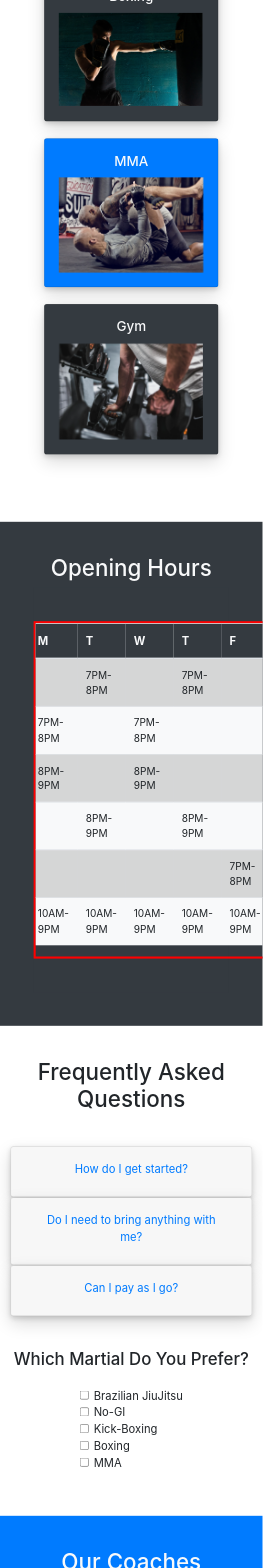
Repository: IonPara/Just-Fight
Page: index.html
The author's editor kept a copy of each file at every save. The page is drawn from the files as they stood at one save, then again after the next save.
The browser window is 375 px wide. The pictures show the part of the page from y = 1509 to 3749 px (the page is 6078 px tall), at 70% of full size.
Some web libraries are served in a nearby version.

Above is the page before, as saved 2023-03-13 16:00:07.

### index.html
<!DOCTYPE html>
<html lang="en">

<head>
  <meta charset="utf-8">
  <meta name="viewport" content="width=device-width, initial-scale=1.0">
  <title>Just Fight</title>
  <link href="./Styles/styles.css" rel="stylesheet" type="text/css">

  <!-- Bootstrap Link -->
  <link rel="stylesheet" href="https://cdn.jsdelivr.net/npm/bootstrap@4.2.1/dist/css/bootstrap.min.css"
    integrity="sha384-GJzZqFGwb1QTTN6wy59ffF1BuGJpLSa9DkKMp0DgiMDm4iYMj70gZWKYbI706tWS" crossorigin="anonymous">
</head>

<body>
  <header>

    <!-- ------------Nav bar ------------------------>
    <nav class="navbar navbar-expand-lg navbar-dark bg-dark fixed-top">
      <div class="container pb-4 mr-5">
        <a class="navbar-brand mt-3" id="brand" href="#"><span class="text-primary">Just </span> Fight</a>
        <button class="navbar-toggler" type="button" data-toggle="collapse" data-target="#navbarSupportedContent"
          aria-controls="navbarSupportedContent" aria-expanded="false" aria-label="Toggle navigation">
          <span class="navbar-toggler-icon"></span>
        </button>
      </div>

      <div class="collapse navbar-collapse" id="navbarSupportedContent">
        <ul class="navbar-nav justify-content-end">
          <li class="nav-item active">
            <a class="nav-link" href="#">Home <span class="sr-only">(current)</span></a>
          </li>
          <li class="nav-item">
            <a class="nav-link" href="#ourClasses">Classes</a>
          </li>
          <li class="nav-item">
            <a class="nav-link" href="#openingHours">Opening</a>
          </li>
          <li class="nav-item">
            <a class="nav-link" href="#coaches">Coaches</a>
          </li>
          <li class="nav-item">
            <a class="nav-link" href="#contact">Contact</a>
          </li>
          <li class="nav-item">
            <a class="nav-link" href="./about.html">About</a>
          </li>
          <li class="nav-item">
            <a class="nav-link" href="./plans.html">Join</a>
          </li>
          <li class="nav-item">
            <a class="nav-link" href="./review.html">Review</a>
          </li>
        </ul>
      </div>
    </nav>
  </header>

  <!-- ------------------------Join Club Top section  --------------- -->
  <section class="text-light pt-5 text-center text-sm-start top-section transition-fade" id="swup">
    <div class="container">
      <div class="d-sm-flex justify-content-between align-items-center">
        <div class="heading-container w-50">
          <h1 class="fight-club text-center font-weight-bold"><span class="text-primary">Just </span>Fight</h1>
          <p class=" md-lead text-left font-italic pt-3">
            All martial arts are really just different paths to the same place, which is total human development.
            <br>
          <p class="text-right">BETH AUSTIN</p>
          <a class="text-white" href="./plans.html" target="_blank" rel="noopener noreferrer">
            <button class="btn btn-lg btn-primary mt-3" id="join">
              Join Our Team
            </button>
          </a>
        </div>
        <img class="img-fluid  w-25 d-none d-sm-block" src="./Images/timothy-eberly-C7ax3RF9FFo-unsplash.jpg"
          alt="Muay Thai">
      </div>
    </div>
  </section>

  <!-- Sign Up section -->
  <div class="bg-primary text-light p-5">
    <div class="container">
      <div class="d-md-flex justify-content-between align-items-center">
        <h3 class="mb3-mb-md-0">
          Sing Up For Our Newsletters
        </h3>
        <div class="input-group mb-3">
          <input type="text" class="form-control newsletter-input" placeholder="Enter Email:"
            aria-label="Recipient's username" aria-describedby="button-addon2">
          <button class="btn  btn-outline-secondary bg-dark text-white" type="button" id="button-addon2">
            Sign Up
          </button>
        </div>
      </div>
    </div>
  </div>

  <!-------------------------------Our Classes Boxes------------ -->
  <section class="p-5 mb-5 classes-container" id="ourClasses">
    <div class="container  text-center text-light boxes">
      <div class="row">
        <div class="col text-dark font-weight-bolder">
          <div class=" h2 pb-4">Join Our Classes</div>
        </div>
      </div>

      <!-- Here we create a row with 3 boxes -->
      <div class="row">

        <div class="col-md ">
          <div class="card bg-primary ">
            <div class="card-body">
              <h3 class="card-title">Brazilian Jiu Jitsu</h3>
              <a href="./about.html">
                <img class=" card-image w-100 d-md-block" src="./Images/bjj.png" alt="Brazilian Jiu Jitsu">
              </a>
            </div>
          </div>
        </div>

        <div class="col-md ">
          <div class="card bg-dark mt-4 m-md-0">
            <div class="card-body">
              <h3 class="card-title">No-Gi</h3>
              <a href="./about.html">
                <img class="card-image w-100 d-md-block" src="./Images/no-gi.png" alt="No-Gi">
              </a>
            </div>
          </div>
        </div>

        <div class="col-md ">
          <div class="card bg-primary mt-4 m-md-0">
            <div class="card-body">
              <h3 class="card-title">Kick Boxing</h3>
              <a href="./about.html">
                <img class=" card-image w-100 d-md-block" src="./Images/kb.png" alt="Kick-boxing">
              </a>
            </div>
          </div>
        </div>
      </div>

      <!-- Here we create second row with 3 boxes -->
      <div class="row pt-4">
        <div class="col-md">
          <div class="card bg-dark mb-4 m-md-0">
            <div class="card-body">
              <h3 class="card-title">Boxing</h3>
              <a href="./about.html">
                <img class="card-image w-100  d-md-block" src="./Images/boxing.png" alt="Brazilian Jiu Jitsu">
              </a>
            </div>
          </div>
        </div>

        <div class="col-md">
          <div class="card bg-primary">
            <div class="card-body">
              <h3 class="card-title">MMA</h3>
              <a href="./about.html">
                <img class="card-image w-100  d-md-block" src="./Images/mma.png" alt="No-Gi">
              </a>
            </div>
          </div>
        </div>

        <div class="col-md">
          <div class="card bg-dark mt-4 m-md-0">
            <div class="card-body">
              <h3 class="card-title">Gym</h3>
              <a href="./about.html">
                <img class="card-image w-100  d-md-block" src="./Images/gym.png" alt="Kick-boxing">
              </a>
            </div>
          </div>
        </div>

      </div>
    </div>
  </section>
  <!----------------------------Table--------------------------------  -->
  <section class="bg-dark  p-5" id="openingHours">
    <h2 class="text-light text-center">Opening Hours</h2>

    <div class="bg-dark py-5">
      <div class=" text-dark d-flex justify-content-center table-container">
        <table class=" table bg-light  table-hover w-75 ">
          <thead class="bg-dark text-light">
            <!-- Here is the top row -->
            <tr class="row-head ">
              <!-- Here on the small screen the day of the week wil be just a letter -->
              <th class="col1 d-none d-md-table-cell" scope="col">Class</th>
              <th class="col2 d-md-none" scope="col">C</th>
              <th class="col2 d-none d-md-table-cell" scope="col">Monday</th>
              <th class="col2 d-md-none" scope="col">M</th>
              <th class="col3 d-none d-md-table-cell" scope="col">Tuesday</th>
              <th class="col3 d-md-none" scope="col">T</th>
              <th class="col3 d-none d-md-table-cell" scope="col">Wednesday</th>
              <th class="col3 d-md-none" scope="col">W</th>
              <th class="col4 d-none d-md-table-cell" scope="col">Thursday</th>
              <th class="col4 d-md-none" scope="col">T</th>
              <th class="col5 d-none d-md-table-cell" scope="col">Friday</th>
              <th class="col5 d-md-none" scope="col">F</th>
              <th class="col6 d-none d-md-table-cell" scope="col">Saturday</th>
              <th class="col6 d-md-none" scope="col">S</th>
            </tr>
          </thead>

          <tbody class="" id="table">
            <!-- Here is the second row -->
            <!-- The first column will change depending on the screen size -->
            <tr class="table-active">
              <th class="d-none d-md-block">Brazilian Jiu Jitsu</th>
              <th class="d-md-none ">BJJ</th>
              <td></td>
              <td>7PM-8PM</td>
              <td></td>
              <td>7PM-8PM</td>
              <td></td>
              <td>10AM-11AM</td>
            </tr>
            <!-- Here is the third row -->
            <!-- The first column will change depending on the screen size -->
            <tr>
              <th class="d-none d-md-block">No-Gi</th>
              <th class="d-md-none ">NG</th>
              <td>7PM-8PM</td>
              <td></td>
              <td>7PM-8PM</td>
              <td></td>
              <td></td>
              <td></td>
            </tr>
            <!-- Here is the forth row -->
            <!-- The first column will change depending on the screen size -->
            <tr class="table-active">
              <th class="d-none d-md-block">Kick-Boxing</th>
              <th class="d-md-none ">K-B</th>
              <td>8PM-9PM</td>
              <td></td>
              <td>8PM-9PM</td>
              <td></td>
              <td></td>
              <td></td>
            </tr>
            <!-- Here is the fifth row -->
            <!-- The first column will change depending on the screen size -->
            <tr>
              <th scope="row">MMA</th>
              <td></td>
              <td>8PM-9PM</td>
              <td></td>
              <td>8PM-9PM</td>
              <td></td>
              <td></td>
            </tr>
            <!-- Here is the sixth row -->
            <!-- The first column will change depending on the screen size -->
            <tr class="table-active">
              <th class="d-none d-md-block">Boxing</th>
              <th class="d-md-none ">B</th>
              <td></td>
              <td></td>
              <td></td>
              <td></td>
              <td>7PM-8PM</td>
              <td></td>
            </tr>
            <!-- Here is the seventh row -->
            <!-- The first column will change depending on the screen size -->
            <tr>
              <th scope="row">Gym</th>
              <td>10AM-9PM</td>
              <td>10AM-9PM</td>
              <td>10AM-9PM</td>
              <td>10AM-9PM</td>
              <td>10AM-9PM</td>
              <td>10AM-9PM</td>
            </tr>
          </tbody>

        </table>
      </div>
    </div>
  </section>

  <!-- Questions -->
  <section class="py-5" id="questions">

    <div class="container">
      <h2 class="text-center mb-5">Frequently Asked Questions</h2>

      <div id="accordion">

        <!-- Here is the first accordion -->
        <!-- Which will collapse when you click on it -->
        <div class="card">
          <div class="card-header">
            <h5 class="text-center">
              <button class="btn btn-link" data-toggle="collapse" data-target="#collapseOne">
                How do I get started?
              </button>
            </h5>
          </div>
          <!-- This is the collapsed section-->
          <div id="collapseOne" class="collapse" data-parent="#accordion">
            <div class="card-body">
              The best way is to attend a session and join in! You will receive a free session on your first visit, this
              will provide you with the opportunity to try a class and get a good insight into the varied training we
              have to offer. You must give us a call, txt or to book in for your free session.
            </div>
          </div>
        </div>
        <!-- Here is the second accordion -->
        <!-- Which will collapse when you click on it -->
        <div class="card">
          <div class="card-header">
            <h5 class="text-center">
              <button class="btn btn-link" data-toggle="collapse" data-target="#collapseTwo">
                Do I need to bring anything with me?
              </button>
            </h5>
          </div>
          <!-- This is the collapsed section-->
          <div id="collapseTwo" class="collapse" data-parent="#accordion">
            <div class="card-body">
              It's a good idea to bring a drink and a sweat towel. Normal training attire is fine, shorts & T-shirt,
              Jogging bottoms and T-shirts are all fine. We train in bare feet. In addition, if you already have items
              such as gloves etc. please feel free to bring them along.
            </div>
          </div>
        </div>
        <!-- Here is the third accordion -->
        <!-- Which will collapse when you click on it -->
        <div class="card">
          <div class="card-header">
            <h5 class="text-center">
              <button class="btn btn-link" data-toggle="collapse" data-target="#collapseThree">
                Can I pay as I go?
              </button>
            </h5>
          </div>
          <!-- This is the collapsed section-->
          <div id="collapseThree" class="collapse" data-parent="#accordion">
            <div class="card-body">
              Our members ALL pay via direct debit. As a members only gym we do not accept ANY cash pay as you go. We
              feel this helps promote regular training and stops bullies from just turning up wanting to "fight".
            </div>
          </div>
        </div>
      </div>
    </div>

    <!-- Radio Button -->
    <div class="radio-btn mt-5 mb-3 ">
      <h4 class="mb-4">Which Martial Do You Prefer?</h4>
      <div>
        <div class="form-check">
          <input class="form-check-input" type="checkbox" value="" id="flexCheck">
          <label class="form-check-label" for="flexCheck">
            Brazilian JiuJitsu
          </label>
        </div>

        <div class="form-check">
          <input class="form-check-input" type="checkbox" value="" id="flexCheck1">
          <label class="form-check-label" for="flexCheck1">
            No-GI
          </label>
        </div>

        <div class="form-check">
          <input class="form-check-input" type="checkbox" value="" id="flexCheck2">
          <label class="form-check-label" for="flexCheck2">
            Kick-Boxing
          </label>
        </div>

        <div class="form-check">
          <input class="form-check-input" type="checkbox" value="" id="flexCheck3">
          <label class="form-check-label" for="flexCheck3">
            Boxing
          </label>
        </div>

        <div class="form-check">
          <input class="form-check-input" type="checkbox" value="" id="flexCheck4">
          <label class="form-check-label" for="flexCheck4">
            MMA
          </label>
        </div>
      </div>
    </div>

  </section>
  <!-- ----------------------------------Coaches--------------------- -->
  <section class="bg-primary text-center" id="coaches">
    <h2 class="text-center text-light pt-5">Our Coaches</h2>
    <div class="container py-5" id="card-coaches">

      <div class="row ">
        <!-- This the first coach -->
        <div class="col-md">
          <div class="card card-body p-5 " id="card">
            <figure class="card-body" id="col-coach">
              <img class="card-image w-100 d-md-block" src="./Images/coach11.png" alt="Coach">
              <figcaption class="card-title lead">Nathan Lawrence</figcaption>
            </figure>
          </div>
        </div>
        <!-- This the second coach -->
        <div class="col-md">
          <div class="card card-body p-5 ">
            <figure class="card-body w-100 " id="col-coach2">
              <img class="card-image w-100  d-md-block" src="./Images/coach22.png" alt="Coach">
              <figcaption class="lead card-title ">Lucy Brown</figcaption>
            </figure>
          </div>
        </div>
        <!-- This the third coach -->
        <div class="col-md ">
          <div class="card card-body p-5 ">
            <figure class="card-body" id="col-coach3">
              <img class="card-image w-100  d-md-block" src="./Images/coach33.png" alt="Coach">
              <figcaption class="card-title lead">Jimmy Crow</figcaption>
            </figure>
          </div>
        </div>
      </div>
    </div>
  </section>

  <!-- ----------------------Contact Info---------------------- -->
  <section class="location" id="contact">
    <h2 class="text-center">Contact Info</h2>

    <div class="container">
      <ul class="list">
        <li>
          <strong>Number: </strong>
          <a href="">555-555-555</a>
        </li>

        <li>
          <strong>Email:</strong>
          <a href="mailto:fightclub@gmail.com" target="_blank">
            <span> fightclub@gmail.com</span>
          </a>
        </li>
        <li> <strong>Adress:</strong> Manchester M14</li>
      </ul>

      <!-- map -->
      <div>
        <a href="https://www.google.com/maps/dir//Manchester/@53.4722454,-2.2234628,12z/data=!4m9!4m8!1m0!1m5!1m1!1s0x487a4d4c5226f5db:0xd9be143804fe6baa!2m2!1d-2.2426305!2d53.4807593!3e0"
          target="_blank" rel="noopener">
          <img class="map" src="./Images/map.png" alt="map">
        </a>
      </div>
    </div>
  </section>

  <!-- Footer -->
  <footer class="bg-dark text-center text-light mt-5">
    <p>Copyright &copy; 2022</p>
  </footer>

  <!-- Bootstrap JavaScript Links -->
  <script src="https://code.jquery.com/jquery-3.3.1.slim.min.js"
    integrity="sha384-q8i/X+965DzO0rT7abK41JStQIAqVgRVzpbzo5smXKp4YfRvH+8abtTE1Pi6jizo"
    crossorigin="anonymous"></script>
  <script src="https://cdn.jsdelivr.net/npm/popper.js@1.14.6/dist/umd/popper.min.js"
    integrity="sha384-wHAiFfRlMFy6i5SRaxvfOCifBUQy1xHdJ/yoi7FRNXMRBu5WHdZYu1hA6ZOblgut"
    crossorigin="anonymous"></script>
  <script src="https://cdn.jsdelivr.net/npm/bootstrap@4.2.1/dist/js/bootstrap.min.js"
    integrity="sha384-B0UglyR+jN6CkvvICOB2joaf5I4l3gm9GU6Hc1og6Ls7i6U/mkkaduKaBhlAXv9k"
    crossorigin="anonymous"></script>
  <script src="https://unpkg.com/swup@latest/dist/swup.min.js"></script>
</body>

</html>

### Styles/styles.css


/*---------------- Top section------------- */
.top-section {
    background-color: black;

}


#brand {
    font-size: 1.5rem;
    font-weight: bolder;
}


#join a:hover, a:visited, a:link {
    text-decoration: wavy;
}

#join:hover {
    background-color: rgb(8, 157, 135);
}

/* Radio button */
.radio-btn {
    width: 100%;
    flex-direction: column;
    display: flex;
    align-items: center;
}

/* ---------------------------Coach------------ */
.container figcaption {
    font-weight: 600;
}

/*------------ Contact Info -----------*/
.location h2 {
    margin-top: 2%;
}

.location .container {
    display: flex;
    justify-content: space-between;
    align-items:center;
    flex-wrap: wrap;
    margin-top: 3%;
}

.list {
    list-style: none;
    font-size: larger;
    font-weight: 400;
    line-height: 2em;
}

.list li {
    border-bottom:1px solid grey;
}

ul a:hover, a:visited, a:link{
    color:black;
    text-decoration: wavy;
}

ul a:hover {
    color:blueviolet;
}

/*  The Map */
.map {
    border-radius: 25%;
}

/* -----------------Cards--------------- */
.card:hover {
    -webkit-transform: scale(0.5);
     transform: scale(1.05);
}

.card {
    box-shadow: 0 10px 25px 0 rgba(0, 0, 0, 0.15), 0 3px 7px 0 rgb(0 0 0 / 15%);
}

.table-container, .classes-container, section {
    overflow-x: hidden;
    min-width: 100%;
}

/* -----------------Footer--------------- */
footer p{
    padding: 5vh 0;
    margin-bottom: 0;
    font-size: larger;
    height: 100px;
}


/* ---------------Media screen----------------- */
@media screen and (max-width:1200px) {
    .boxes h3 {
        font-size: 1.2em;
        white-space:pre-wrap;
    }

}

@media screen and (max-width:1000px) {
    .top-section {
        margin-top: 8%;
    }
}


@media screen and (max-width:768px) {

    .newsletter-input {
        width: 50%;
    }

    #table {
        font-size: 0.9rem;
    }

    .map {
        width: 400px;
    }

    .location .container {
        justify-content: center;
    }
}

@media screen and (max-width:600px) {
    .top-section {
        margin-top: 10%;
        min-width: 100%;
    }

    .fight-club {
        min-width: 100% !important;
        margin-top: 5%;
        margin-left: auto;
    }

    .heading-container {
        min-width: 100% !important;
    }

    #join {
        margin-bottom: 5px;
    }
    .table-container {
        min-width: 90dvw;
        border: solid red !important;
    }

    .table-container {
        margin-right: 100px !important;

    }

}

After the next save:
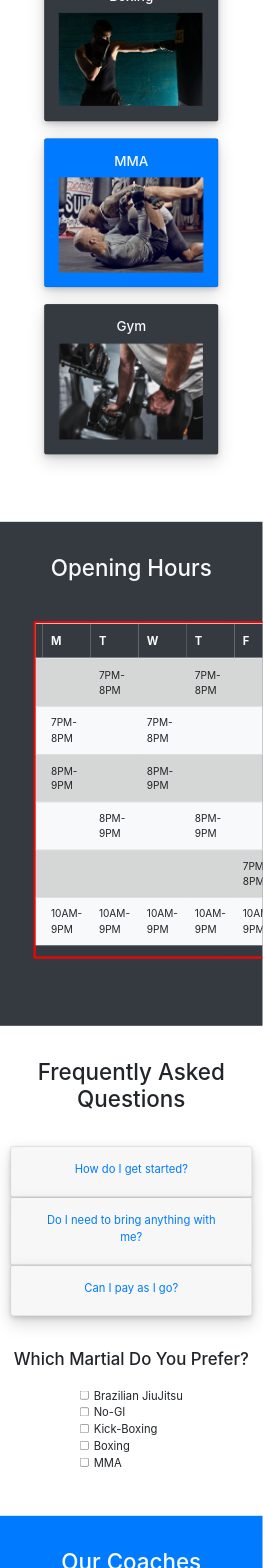
Saved 16 s later.
--- a/Styles/styles.css
+++ b/Styles/styles.css
@@ -151,7 +151,7 @@ footer p{
         margin-bottom: 5px;
     }
     .table-container {
-        min-width: 90dvw;
+        min-width: 100dvw;
         border: solid red !important;
     }
 
